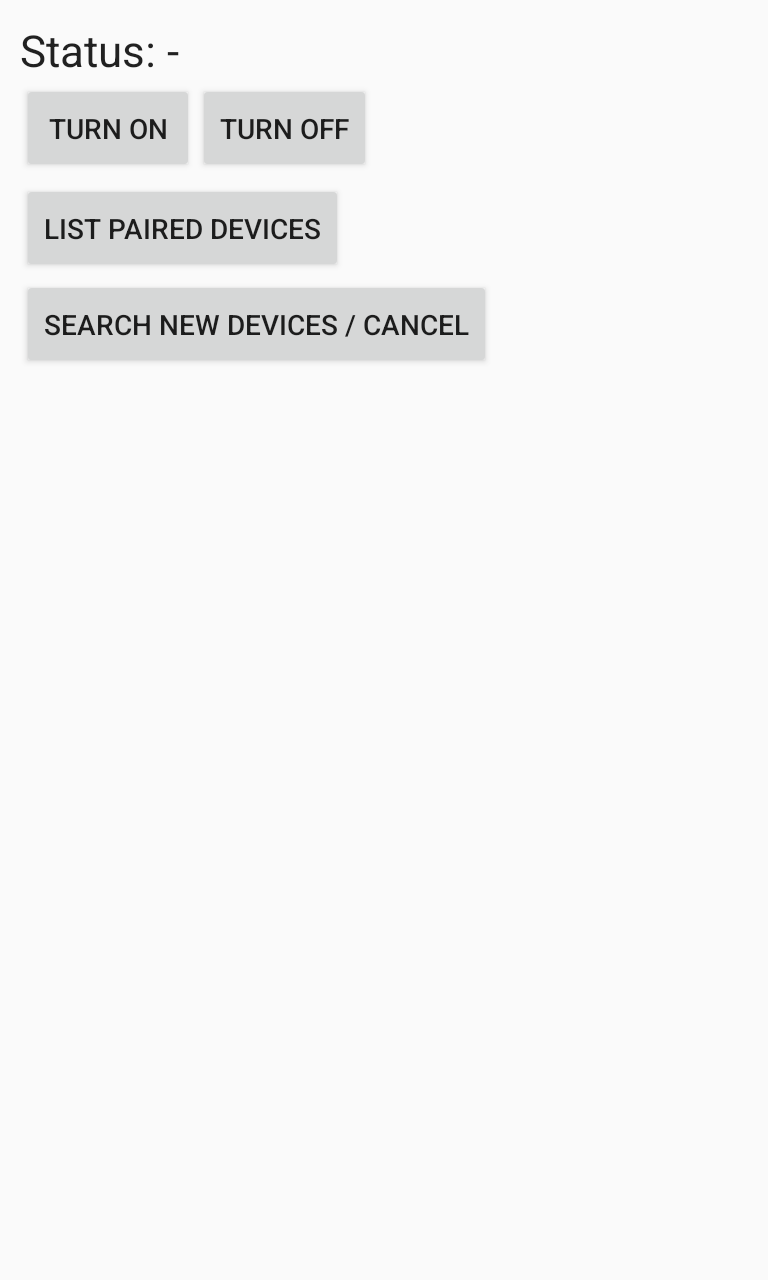
Repository: maayanGitHub/dont4getme
Layout: Dont4getMe/res/layout/activity_main.xml
An editor plug-in stored every save of this project. The layout is shown before and after the next save, followed by the edit.
It is drawn on a 768 x 1280 px phone screen (xhdpi) without system bars, with theme AppTheme; the app's code is not run. Lists and similar views that code fills are empty.

Above is the layout before, as saved 2014-03-19 11:18:23.

After the next save:
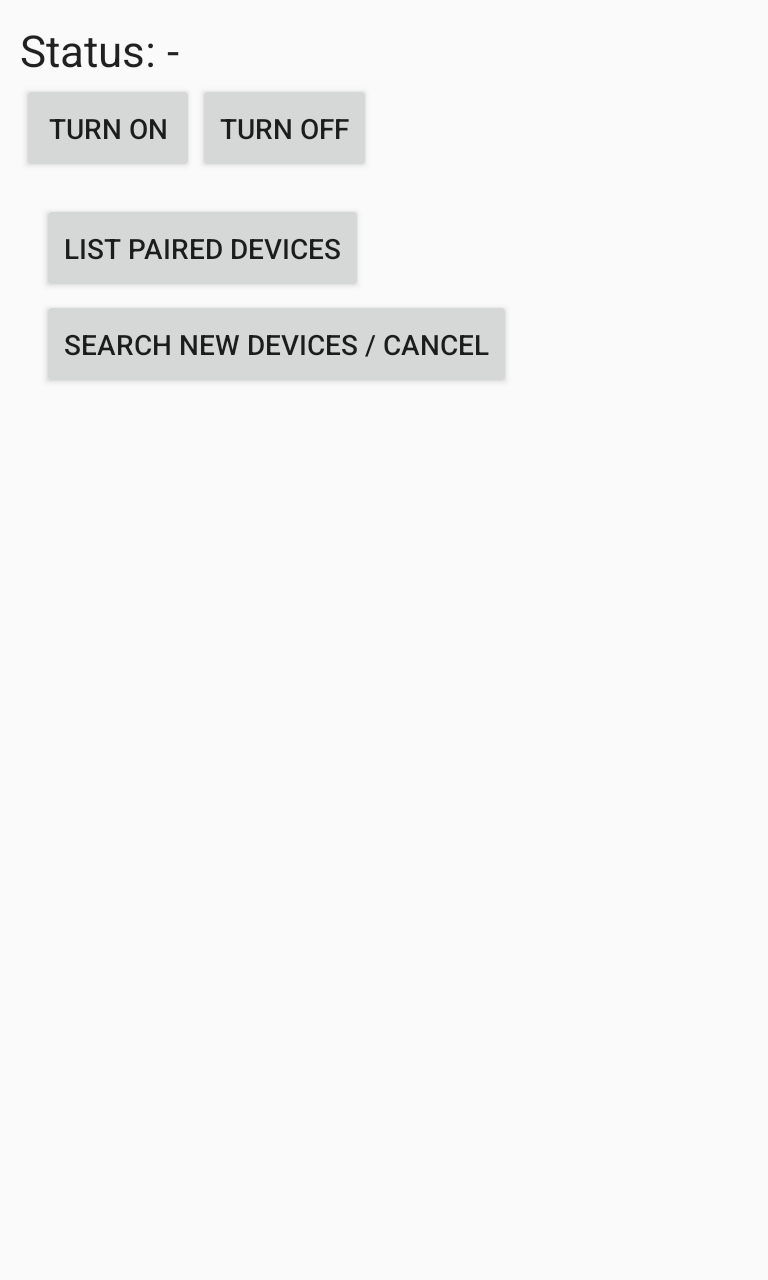
Saved 10 s later.
--- a/Dont4getMe/res/layout/activity_main.xml
+++ b/Dont4getMe/res/layout/activity_main.xml
@@ -39,7 +39,7 @@
       android:layout_height="wrap_content"
       android:orientation="vertical"
       android:layout_marginTop="80dp"
- 	  android:padding="10dip">
+ 	  android:padding="20dip">
 
 	   <Button
 	      android:id="@+id/paired"
